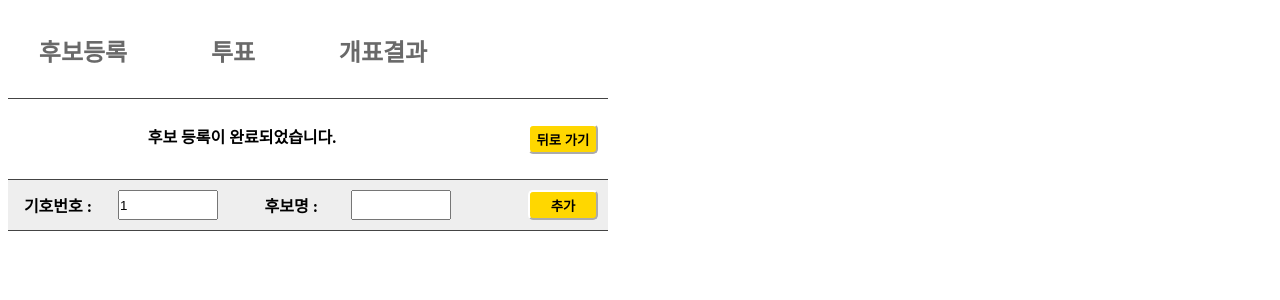
Repository: noheul1030/KOPO-HTML
Page: http://localhost/Tupyo/Tupyo/A_03_H.jsp
The author's editor kept a copy of each file at every save. The page is drawn from the files as they stood at one save, then again after the next save.
The browser window is 1280 px wide. The pictures show the whole page.
The page is served by Tomcat 9. Queries for data that is not in the repository find no rows.

Above is the page before, as saved 2023-06-03 17:00:55.

After the next save:
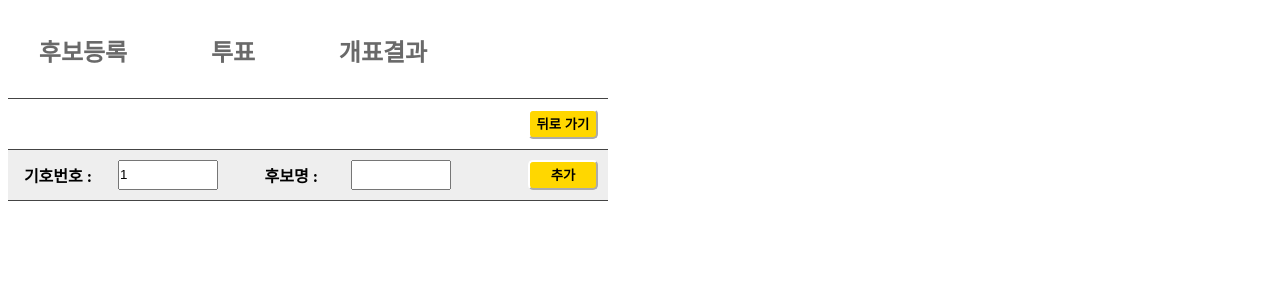
Saved 112 s later.
--- a/Tupyo/src/main/webapp/Tupyo/A_03_H.jsp
+++ b/Tupyo/src/main/webapp/Tupyo/A_03_H.jsp
@@ -111,7 +111,9 @@
 		</table>
 		<table>
 			<tr>
+<%			if(Nullcheck == 1){ %>
 				<td colspan="4"><h4>후보 등록이 완료되었습니다.</h4></td>
+<%			} %>
 				<td align = right width = 22%>
 				<input class="fourth" type="submit" value="뒤로 가기" style="width: 70px; height: 30px; padding: 0px;font-weight: bold;" formaction = 'A_01.jsp'></td>
 			</tr>
